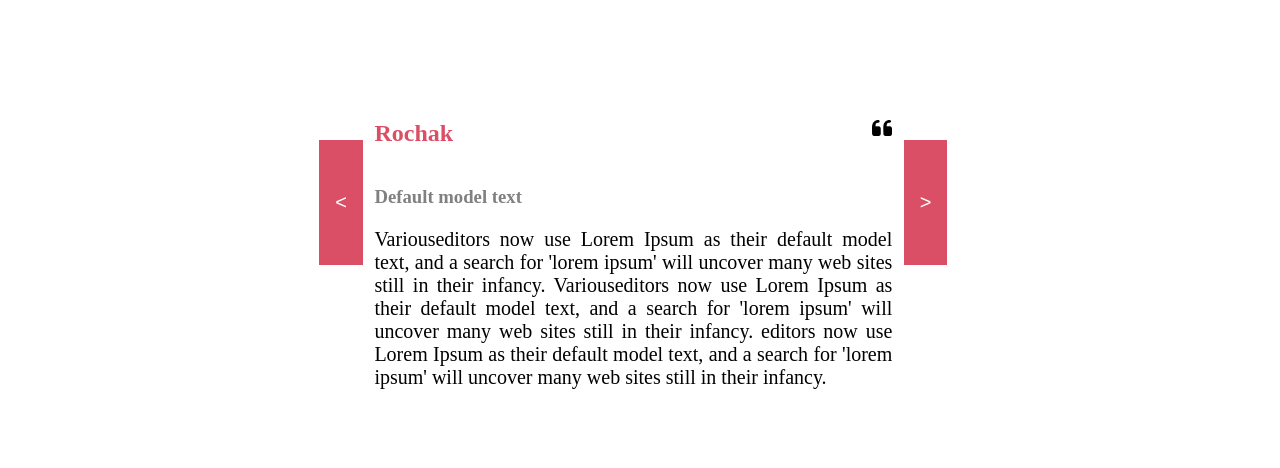
Repository: AVINKUMARP/gifts
Page: demo2.html
An editor plug-in stored every save of this project. The page is shown before and after the next save, followed by the edit.
The browser window is 1280 px wide. The pictures show the whole page.

Above is the page before, as saved 2023-08-24 14:15:29.

### demo2.html
<!DOCTYPE html>
<html lang="en">
<head>
    <meta charset="UTF-8">
    <meta name="viewport" content="width=device-width, initial-scale=1.0">
    <title>Document</title>
    <style>
        .container{
            display: flex;
            flex-wrap: wrap;
            text-align: center;
            margin: 100px 300px;
        }
        .cbutl{
            width: 10%;
        }
        .cpara{
            width: 78%;
        }
        .cbutr{
            width: 10%;
        }
        .csub{
            display: flex;
            flex-wrap: wrap;
            justify-content: space-between;
        }
        .cbutl button{
            background-color: #db4f66;
            color: white;
            border:1px solid #db4f66;
            padding: 50px 15px;
            font-size: 20px;
        }
        .cbutl{
            padding-top: 40px;
        }
        .csub h2{
            text-align: start;

        }
        .ch h2{
            color:#db4f66;
        }
        .cpara h3{
            color:gray;
        }
        .cpara h3{
            text-align: start;
        }
        .cpara p{
            text-align: justify;
            font-size: 20px;
        }
        .cicon{
            padding-top: 20px;
            text-align: end;
        }
    </style>
</head>
<body>
    <div class="container">
        <div class="cbutl"><button><</button></div>
        <div class="cpara">
            <div class="csub">
                <div class="ch"><h2>Rochak</h2>
                </div>
                <div class="cicon"><img src="./images/icon.png" alt="loading..." width="8%"></div>
            </div>
            <h3>Default model text</h3>
            <p>Variouseditors now use Lorem Ipsum as their default model text, and a search for 'lorem ipsum' will uncover many web sites still in their infancy. Variouseditors now use Lorem Ipsum as their default model text, and a search for 'lorem ipsum' will uncover many web sites still in their infancy. editors now use Lorem Ipsum as their default model text, and a search for 'lorem ipsum' will uncover many web sites still in their infancy.</p>
        </div>
        <div class="cbutl"><button>></button></div>
    </div>
</body>
</html>

After the next save:
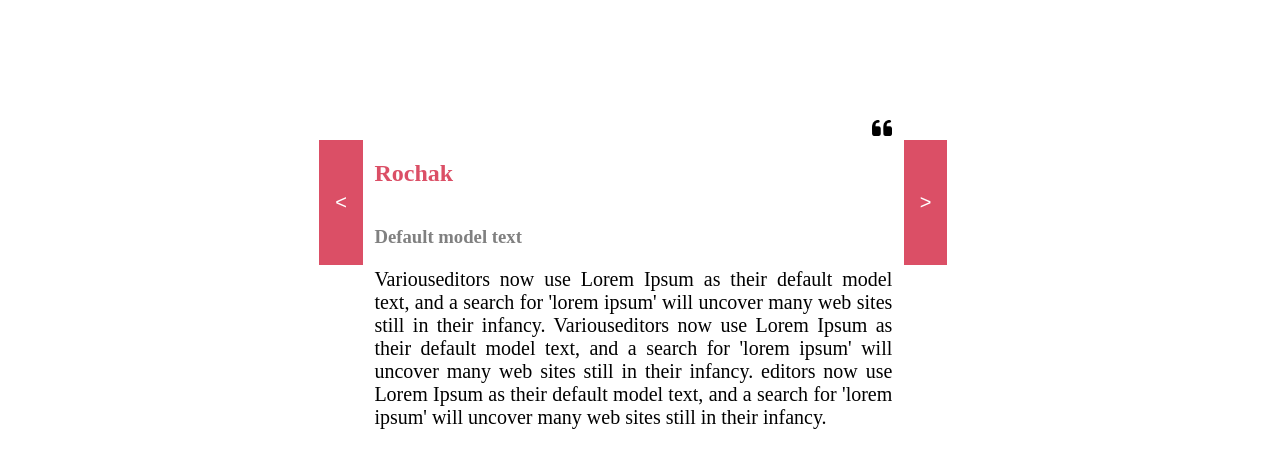
Saved 37 s later.
--- a/demo2.html
+++ b/demo2.html
@@ -41,6 +41,7 @@
         }
         .ch h2{
             color:#db4f66;
+            padding-top: 40px;
         }
         .cpara h3{
             color:gray;

After the save that followed:
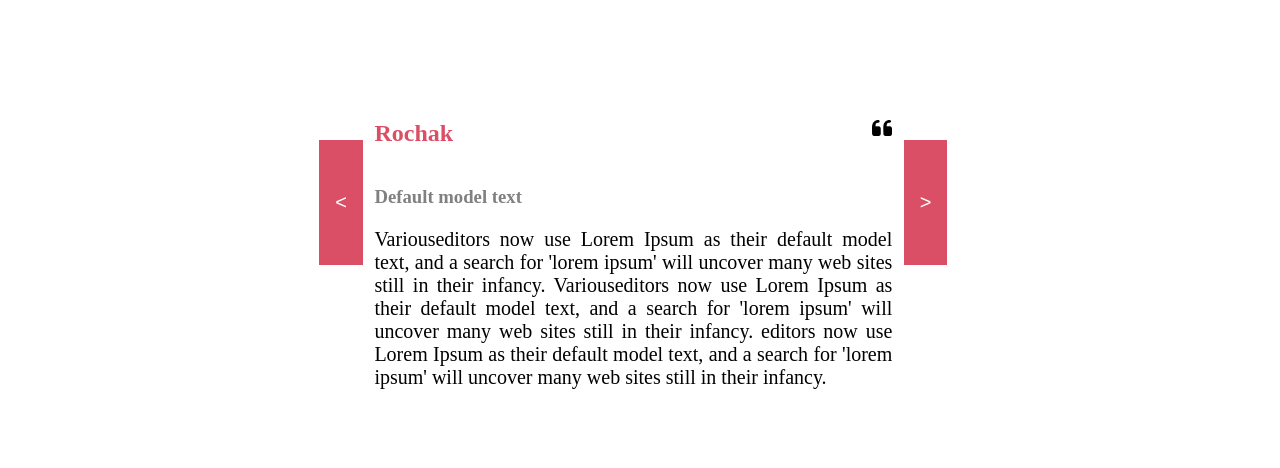
Saved 14 s later.
--- a/demo2.html
+++ b/demo2.html
@@ -41,7 +41,6 @@
         }
         .ch h2{
             color:#db4f66;
-            padding-top: 40px;
         }
         .cpara h3{
             color:gray;
